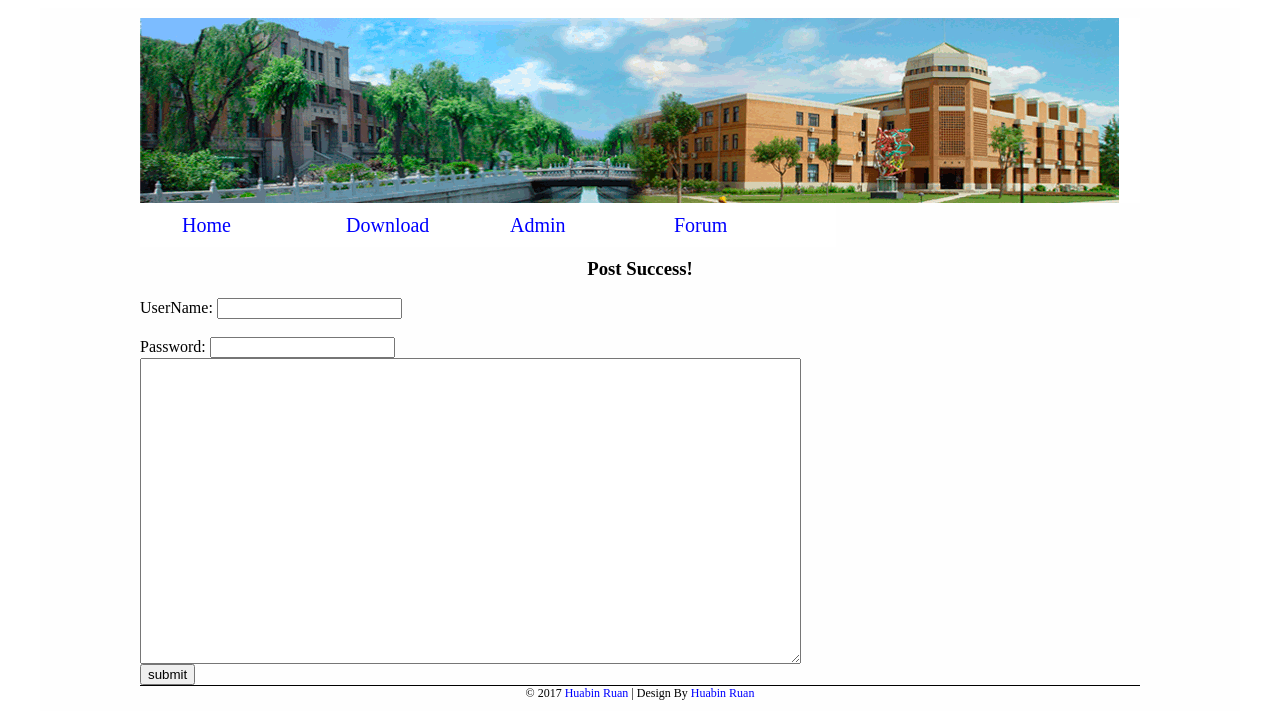
Repository: ruanhuabin/LifeSoftwareWebSite
Page: http://localhost/CryoEM/admin_login.jsp
These files come from the project's save history. The page is drawn as it stood at one moment and after the next save; the edit follows.
The browser window is 1280 px wide. The pictures show the whole page.
The page is served by Tomcat 9. Nobody is signed in. The application's start-up code is not run.

Above is the page before, as saved 2017-08-08 09:18:39.

After the next save:
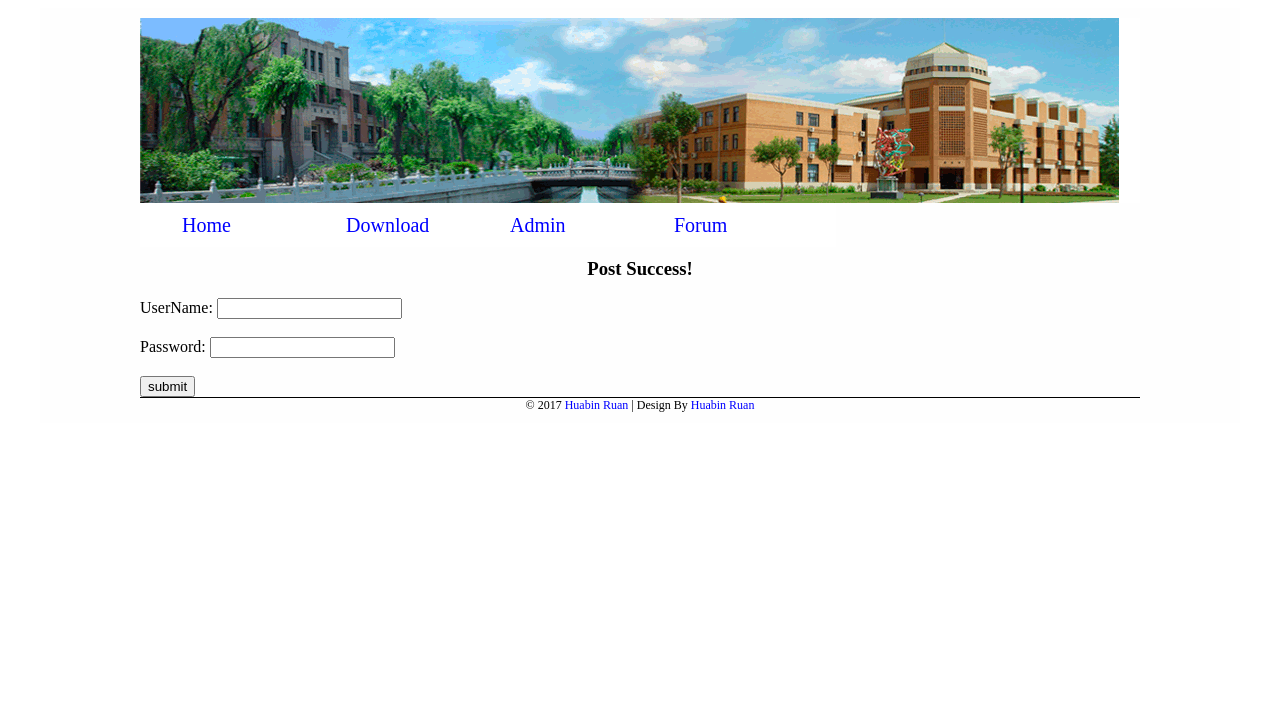
Saved 16 s later.
--- a/CryoEM/WebRoot/admin_login.jsp
+++ b/CryoEM/WebRoot/admin_login.jsp
@@ -57,8 +57,6 @@ String basePath = request.getScheme()+"://"+request.getServerName()+":"+request.
 	  Password: <input type="password" name="password"/>
 	  <br />
 
-
-	  <textarea rows="20" cols="80" name="description"></textarea>
 	  <br/>
 
 	  <input type="submit" value="submit" />
